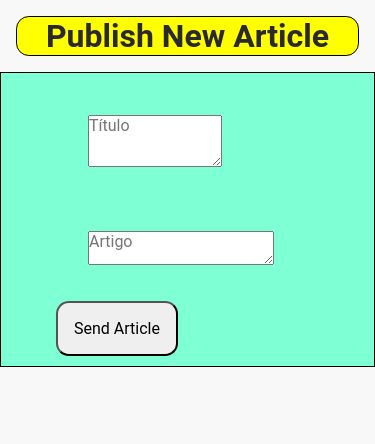
Repository: batmit/publish_articles
Page: /publish
These files come from the project's save history. The page is drawn as it stood at one moment and after the next save; the edit follows.
The browser window is 375 px wide. The pictures show the whole page.
The project was rebuilt for these pictures with package versions that can differ from the ones it lists, and the page was loaded fresh each time. Also part of the build but not shown: src/pages/articles.tsx, src/pages/article.tsx, src/pages/Home.tsx.

Above is the page before, as saved 2021-06-29 18:46:57.

### public/index.html
<!DOCTYPE html>
<html lang="en">
  <head>
    <meta charset="utf-8" />
    <meta name="viewport" content="width=device-width, initial-scale=1" />
    <meta name="theme-color" content="#000000" />
    <meta
      name="description"
      content="Web site created using create-react-app"
    />
    <title>publish_articles</title>
  </head>
  <body>
    <noscript>You need to enable JavaScript to run this app.</noscript>
    <div id="root"></div>
    <!--
      This HTML file is a template.
      If you open it directly in the browser, you will see an empty page.

      You can add webfonts, meta tags, or analytics to this file.
      The build step will place the bundled scripts into the <body> tag.

      To begin the development, run `npm start` or `yarn start`.
      To create a production bundle, use `npm run build` or `yarn build`.
    -->
  </body>
</html>

### src/App.tsx
import React from 'react';
import { BrowserRouter, Route } from 'react-router-dom';
import { Articles } from './pages/articles';

import {Article} from './pages/article'

import {Home} from './pages/Home';
import { Publish_Articles } from './pages/publish_articles';

import './styles/global.scss';



function App() {
  return (

    <BrowserRouter>

      <Route path='/' exact component={Home} />

      <Route path='/articles' exact component={Articles} />

      <Route path='/articles/:id' component={Article} />

      <Route path='/publish' exact component={Publish_Articles} />



    </BrowserRouter>

  );
}

export default App;

### src/pages/publish_articles.tsx
import { FormEvent, useState } from "react";
import { useHistory } from "react-router-dom";
import { database } from "../services/firebase";

export function Publish_Articles() {

    const [title, setNewTitle] = useState('');

    const [article, setNewArticle] = useState('');

    const history = useHistory();

    async function handleSendArticle(event: FormEvent) {

        event.preventDefault();

        await database.ref(`articles/${title}`).push(article);

        setNewArticle('');

        setNewTitle('');

        history.push(`articles/${title}`)

    };

    return (
        <>
            <header>
                <h1>Publish New Article</h1>
            </header>

            <main>
                <form onSubmit={handleSendArticle}>
                        <textarea
                            className="title"
                            placeholder="Título"
                            onChange={event => setNewTitle(event.target.value)}
                            value={title}
                        />


                        <textarea
                            placeholder="Artigo"
                            onChange={event => setNewArticle(event.target.value)}
                            value={article}
                        />

                        <div className="form-footer">
                            <button type='submit'>Send Article</button>
                        </div>

                </form>
            </main>
        </>
    );
}

### src/styles/global.scss
* {
    margin: 0;
    padding: 0;
    box-sizing: boder-box;
}

body{
    background: #f8f8f8;
    color: #29292e;
}

body, input, button, textarea {
    font: 400 16px 'Roboto', sans-serif ; // se não rodar o Roboto pega o sans-serif
}

header {
    text-align: center;
    justify-content: center;
    align-items: center;
    background: yellow;
    border: 1px solid black;
    border-radius: 0.8rem;
    margin: 1rem;
}

main {
    align-items: center;
    justify-content: center;
    display: flex;
    gap: 10px;
    background: aquamarine;
    border: 1px solid black;
    padding: 10px;


}

button {
    padding: 1rem;
    border-radius: 0.8rem;
    gap: 10px;
    transition: 0.2s;
}

button:hover {
    background-color: white;

}

form {
    .title {
        display: block;
        width: 500px;
        height: 50px;
        margin: 2rem;
    }

    textarea{
        width: 500px;
        height: 200px;
        margin: 2rem;
    }
}

@media (max-width: 600px) {
    form {
        align-items: center;

        textarea{
            width: 70%;
            height: 2rem;
        }

        .title {
            width: 50%;
            height: 50px;
        }
    }

}

### src/services/firebase.ts
import firebase from 'firebase/app'; // tem que baixar primeira yarn add firebase

import 'firebase/auth';
import 'firebase/database';

const firebaseConfig = {
    apiKey: "AIzaSyAnqsPR26s-jH9kgIT35JRFnFNwjQIPuWg",
    authDomain: "publish-articles-5a753.firebaseapp.com",
    databaseURL: "https://publish-articles-5a753-default-rtdb.firebaseio.com",
    projectId: "publish-articles-5a753",
    storageBucket: "publish-articles-5a753.appspot.com",
    messagingSenderId: "1038663375307",
    appId: "1:1038663375307:web:9e3542b0440fa2c5873e4e"
};

firebase.initializeApp(firebaseConfig); //inicio

const auth = firebase.auth(); // vou exportar
const database = firebase.database()

export { firebase, auth, database }

Loaded but not shown: src/index.tsx (common file)

After the next save:
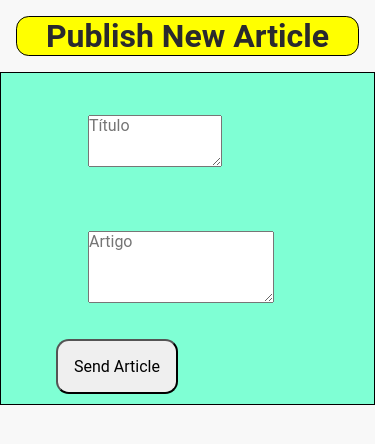
Saved 38 s later.
--- a/src/styles/global.scss
+++ b/src/styles/global.scss
@@ -68,7 +68,7 @@ form {
 
         textarea{
             width: 70%;
-            height: 2rem;
+            height: 70px;
         }
 
         .title {
